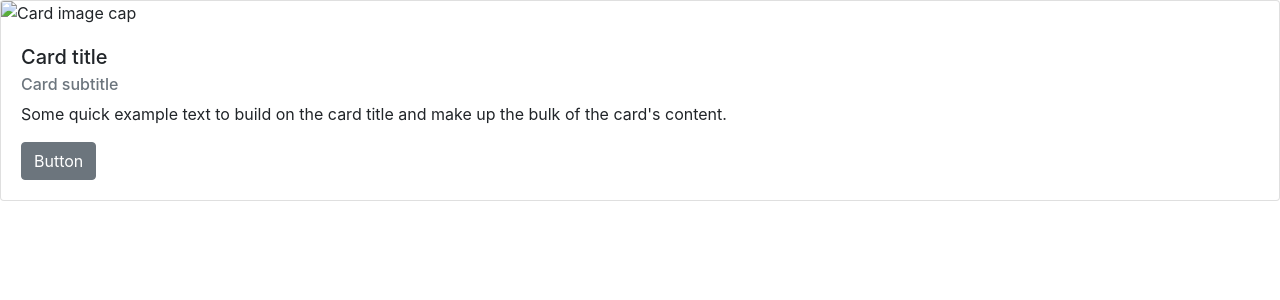
Repository: thf4/Project-Shop
Page: /
An editor plug-in stored every save of this project. The page is shown before and after a run of saves, followed by the edit.
The browser window is 1280 px wide. The pictures show the whole page.
The project was rebuilt for these pictures with package versions that can differ from the ones it lists, and the page was loaded fresh each time.

Above is the page before, as saved 2021-04-22 10:20:17.
Not found: assets/318x180.svg

After the next 3 saves:
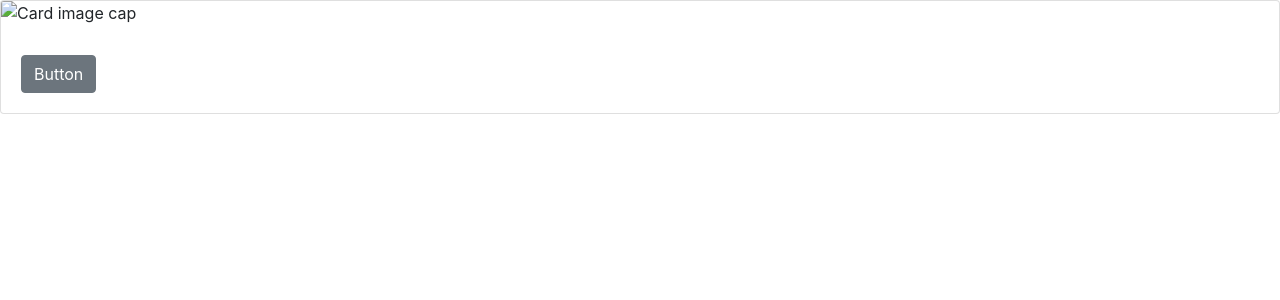
The 3 saves are shown as one change because 2 did not build or start.
The last was saved 4 min 43 s later.
--- a/src/Exemplo.js
+++ b/src/Exemplo.js
@@ -4,15 +4,20 @@ import {
   CardTitle, CardSubtitle, Button
 } from 'reactstrap';
 
+
+
 const Example = (props) => {
+
+  const {img, title, text, value} = props;
+
   return (
     <div>
       <Card>
-        <CardImg top width="100%" src="/assets/318x180.svg" alt="Card image cap" />
+        <CardImg top width="100%" src={img} alt="Card image cap" />
         <CardBody>
-          <CardTitle tag="h5">Card title</CardTitle>
-          <CardSubtitle tag="h6" className="mb-2 text-muted">Card subtitle</CardSubtitle>
-          <CardText>Some quick example text to build on the card title and make up the bulk of the card's content.</CardText>
+          <CardTitle tag="h5">{title}</CardTitle>
+          <CardSubtitle tag="h6" className="mb-2 text-muted">{value}</CardSubtitle>
+          <CardText>{text}</CardText>
           <Button>Button</Button>
         </CardBody>
       </Card>
